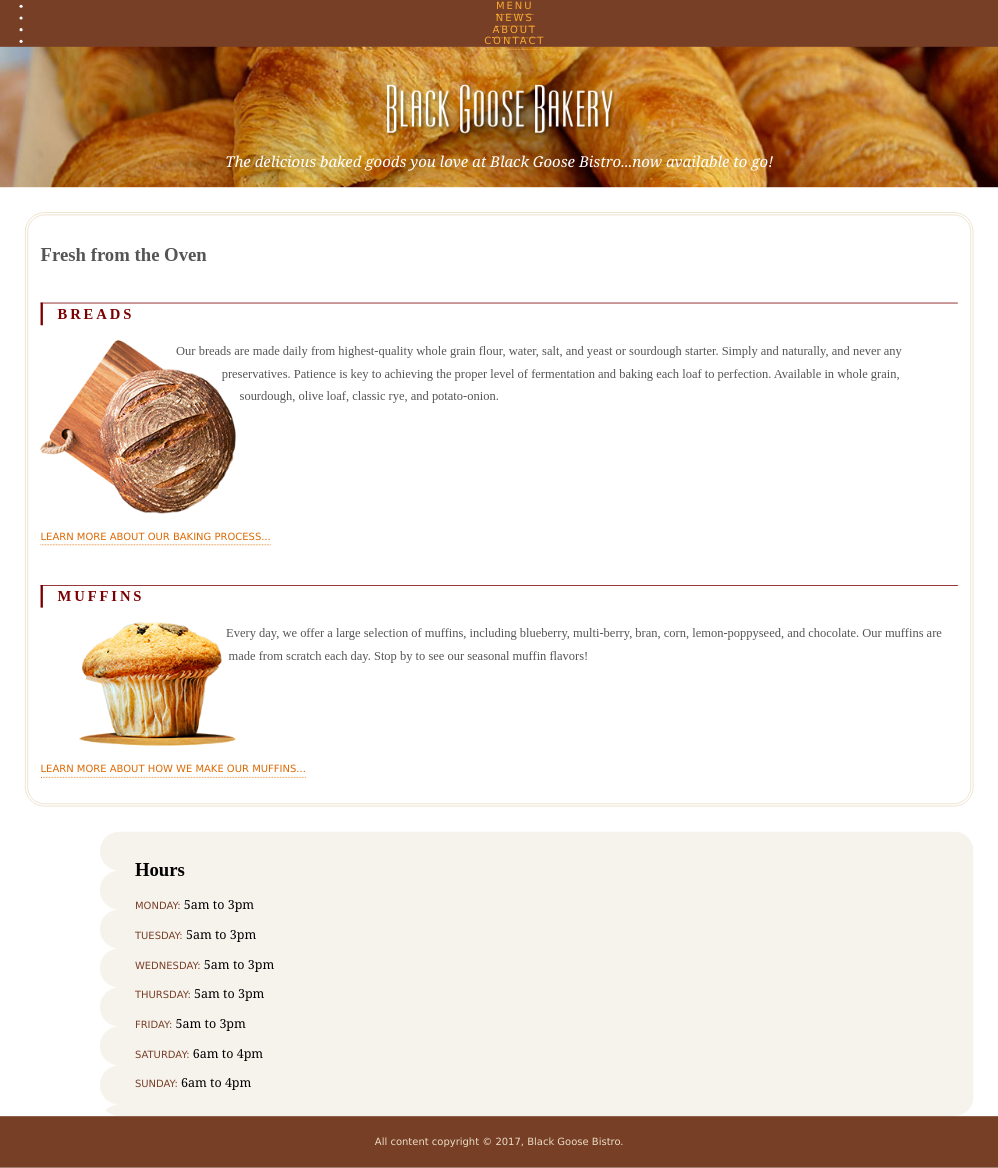
Repository: Colo-Codes/code-practice
Page: 02-css-practice-5.html
The author's editor kept a copy of each file at every save. The page is drawn from the files as they stood at one save, then again after the next save.
The browser window is 1280 px wide. The pictures show the whole page, at 78% of full size.
Some web fonts or font styles are not loaded; a fallback is used.

Above is the page before, as saved 2021-05-12 10:21:21.

After the next save:
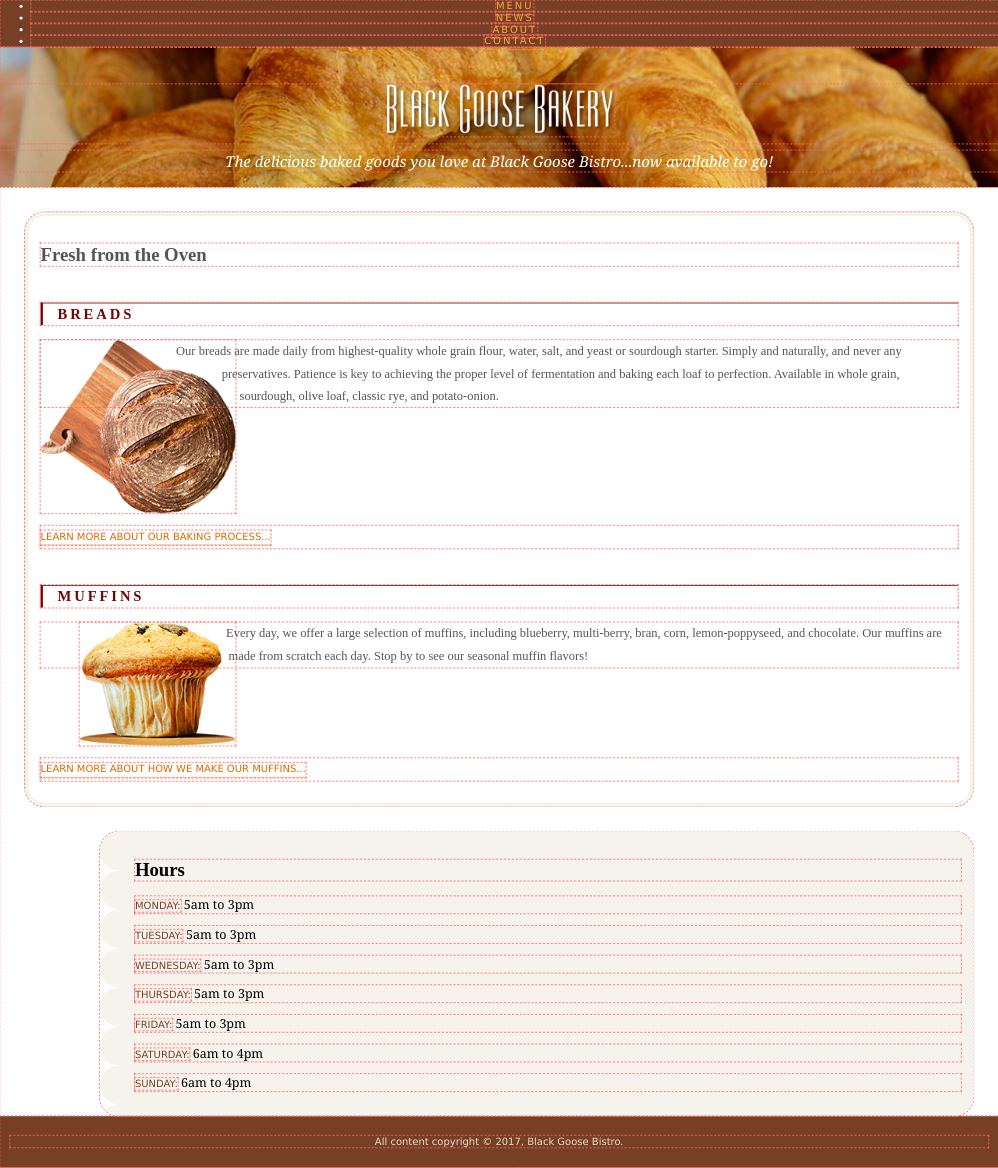
Saved 27 s later.
--- a/css/bakery-styles.css
+++ b/css/bakery-styles.css
@@ -5,7 +5,7 @@ html {
 *, *:before, *:after {
   box-sizing: inherit;
   /* Enable to debug */
-  /* outline: #f66 dashed 1px; */
+  outline: #f66 dashed 1px;
 }
 body {
   font-family: Georgia, serif;

After the save that followed:
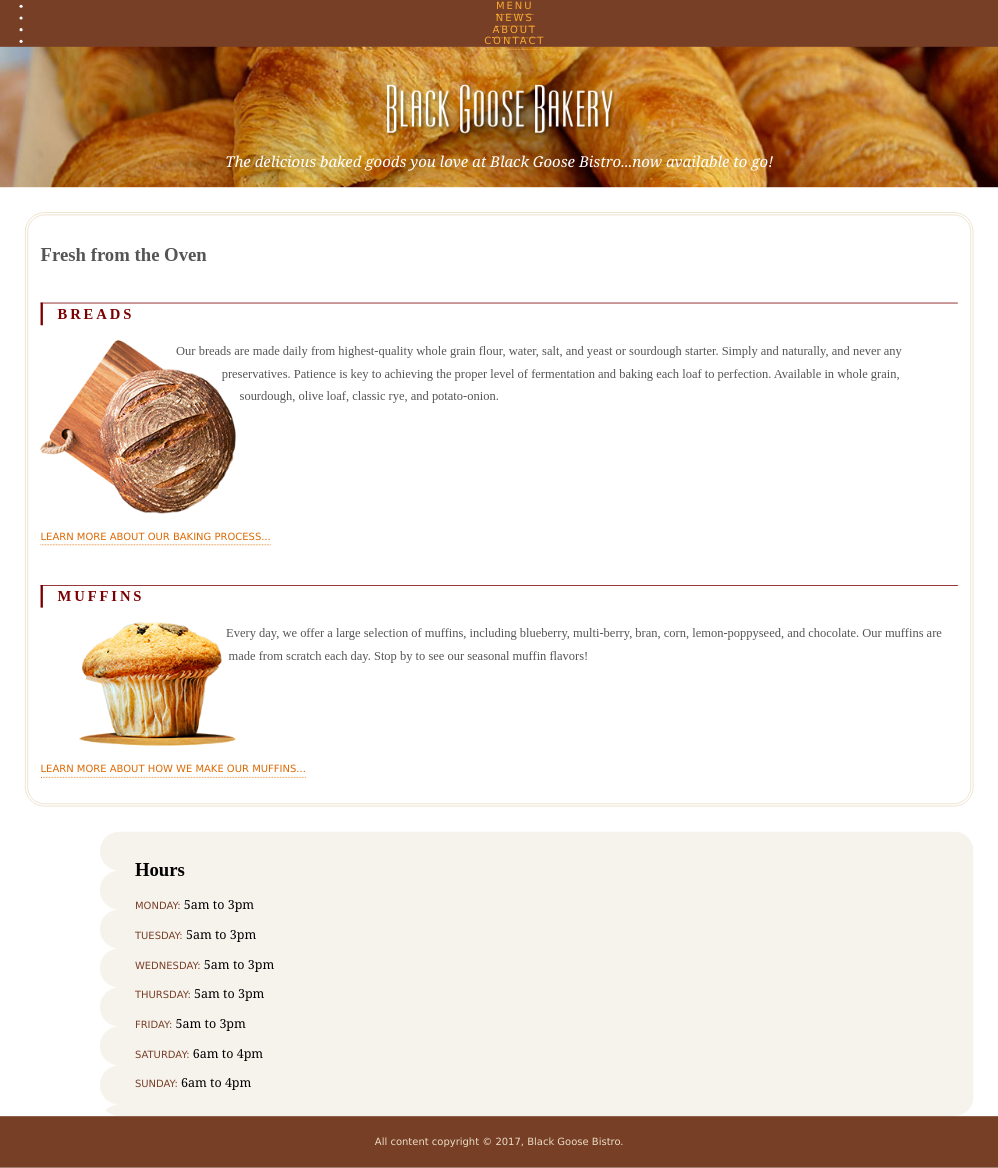
Saved 27 s later.
--- a/css/bakery-styles.css
+++ b/css/bakery-styles.css
@@ -5,7 +5,7 @@ html {
 *, *:before, *:after {
   box-sizing: inherit;
   /* Enable to debug */
-  outline: #f66 dashed 1px;
+  /* outline: #f66 dashed 1px; */
 }
 body {
   font-family: Georgia, serif;
